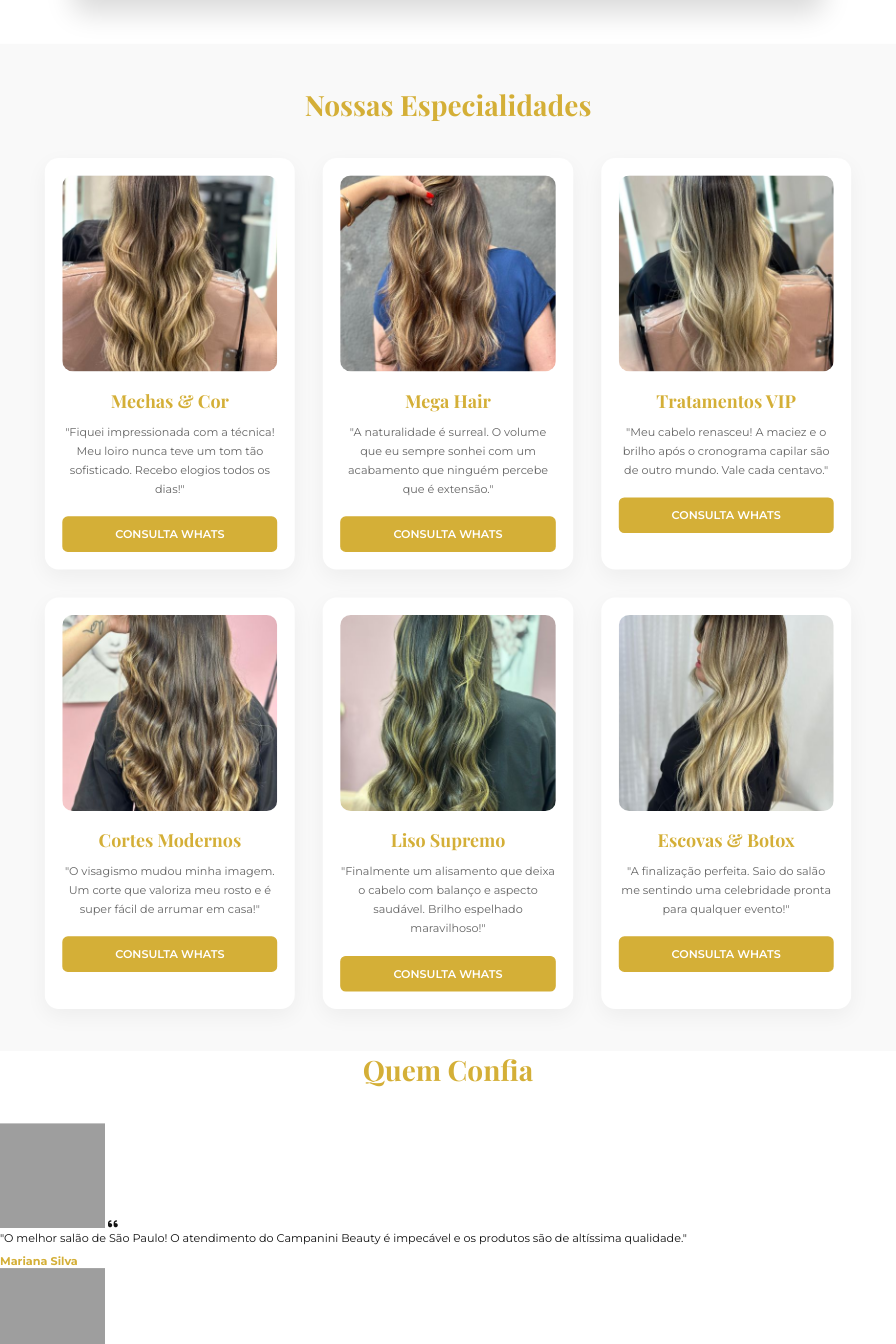
Repository: Sandro1969-tech/campanini-beauty
Page: index.html
An editor plug-in stored every save of this project. The page is shown before and after the next save, followed by the edit.
The browser window is 1280 px wide. The pictures show the part of the page from y = 862 to 2782 px (the page is 3332 px tall before and 3322 px after), at 70% of full size.
Pictures or frames that could not be fetched are drawn as grey boxes. Some web fonts or font styles are not loaded; a fallback is used.

Above is the page before, as saved 2026-02-17 12:06:24.

### index.html
<!DOCTYPE html>
<html lang="pt-br">
<head>
    <meta charset="UTF-8">
    <meta name="viewport" content="width=device-width, initial-scale=1.0">
    <title>Campanini Beauty | Transformação e Brilho</title>
    <link rel="icon" href="assets/image/favicon.png" type="image/png">

    <link href="https://fonts.googleapis.com/css2?family=Montserrat:wght@300;400;600;700&family=Playfair+Display:ital,wght@0,700;1,700&display=swap" rel="stylesheet">
    <link rel="stylesheet" href="https://cdnjs.cloudflare.com/ajax/libs/font-awesome/6.0.0/css/all.min.css">

    <style>
        :root {
            --primary: #d4af37; /* Dourado */
            --dark: #121212;
            --light: #ffffff;
            --gray-bg: #f9f9f9;
            --text-muted: #666;
            --transition: 0.4s cubic-bezier(0.4, 0, 0.2, 1);
        }

        .dark-mode {
            --light: #121212;
            --dark: #ffffff;
            --gray-bg: #1e1e1e;
            --text-muted: #aaa;
        }

        * { margin: 0; padding: 0; box-sizing: border-box; font-family: 'Montserrat', sans-serif; }
        body { background-color: var(--light); color: var(--dark); transition: background var(--transition), color var(--transition); overflow-x: hidden; }

        /* --- Header --- */
        header {
            padding: 15px 5%;
            display: flex;
            justify-content: space-between;
            align-items: center;
            position: sticky;
            top: 0;
            background: var(--light);
            z-index: 1000;
            box-shadow: 0 4px 20px rgba(0,0,0,0.08);
        }

        .logo img { height: 50px; transition: transform 0.3s; }
        .logo img:hover { transform: scale(1.05); }

        .theme-toggle {
            cursor: pointer;
            font-size: 1.4rem;
            color: var(--primary);
            background: var(--gray-bg);
            padding: 10px;
            border-radius: 50%;
            width: 45px;
            height: 45px;
            display: flex;
            align-items: center;
            justify-content: center;
        }

        /* --- Hero Section --- */
        .hero {
            text-align: center;
            padding: 40px 5%;
            max-width: 1200px;
            margin: 0 auto;
        }

        .pulsing-title {
            font-family: 'Playfair Display', serif;
            font-size: clamp(2.5rem, 8vw, 4.5rem);
            margin-bottom: 20px;
            color: var(--primary);
            animation: pulse 2.5s infinite ease-in-out;
            text-transform: uppercase;
            letter-spacing: 2px;
        }
        .main-img {
            width: 100%;
            height: auto;
            max-height: 80vh;
            object-fit: contain;
            border-radius: 15px;
            margin: 20px 0;
            box-shadow: 0 20px 40px rgba(0,0,0,0.15);
        }
        .services-container { padding: 60px 5%; background: var(--gray-bg);
         }
         .section-title { text-align: center; font-family: 'Playfair Display', serif; font-size: 2.5rem; margin-bottom: 50px; color: var(--primary); }
            .services-grid {
                display: grid;
                grid-template-columns: repeat(auto-fit, minmax(320px, 1fr));
                gap: 40px;
                max-width: 1200px;
                margin: 0 auto;

        @keyframes pulse {
            0%, 100% { transform: scale(1); text-shadow: 0 0 5px rgba(212, 175, 55, 0.2); }
            50% { transform: scale(1.03); text-shadow: 0 0 25px rgba(212, 175, 55, 0.6); }
        }

        .main-img {
            width: 100%;
            height: clamp(300px, 60vh, 600px);
            object-fit: cover;
            border-radius: 20px;
            margin: 30px 0;
            box-shadow: 0 30px 60px rgba(0,0,0,0.15);
        }

        /* --- Services Grid --- */
        .services-container { padding: 80px 5%; background: var(--gray-bg); }
        .section-title { text-align: center; font-family: 'Playfair Display', serif; font-size: 2.5rem; margin-bottom: 50px; }

        .services-grid {
            display: grid;
            grid-template-columns: repeat(auto-fit, minmax(320px, 1fr));
            gap: 40px;
            max-width: 1200px;
            margin: 0 auto;
        }

        .service-card {
            background: var(--light);
            padding: 25px;
            border-radius: 20px;
            text-align: center;
            transition: transform var(--transition), box-shadow var(--transition);
            box-shadow: 0 10px 30px rgba(0,0,0,0.05);
        }

        .service-card:hover { transform: translateY(-15px); box-shadow: 0 20px 40px rgba(0,0,0,0.12); }

        .service-card img {
            width: 100%;
            height: 280px;
            object-fit: cover;
            border-radius: 15px;
            margin-bottom: 20px;
        }

        .service-card h3 { font-family: 'Playfair Display', serif; font-size: 1.6rem; margin-bottom: 15px; color: var(--primary); }
        .service-card p { font-size: 1rem; color: var(--text-muted); line-height: 1.7; margin-bottom: 25px; min-height: 80px; }

        /* --- Buttons --- */
        .btn-ws {
            display: inline-block;
            padding: 14px 30px;
            background-color: var(--primary);
            color: white;
            text-decoration: none;
            border-radius: 8px;
            font-weight: 600;
            transition: all 0.3s;
            border: 2px solid var(--primary);
            width: 100%;
        }

        .btn-ws:hover { background-color: transparent; color: var(--primary); }

        /* --- Testimonials --- */
        .testimonials { padding: 100px 5%; max-width: 1200px; margin: 0 auto; text-align: center; }
        .testimonial-grid {
            display: grid;
            grid-template-columns: repeat(auto-fit, minmax(280px, 1fr));
            gap: 30px;
            margin-top: 50px;
        }
        .testi-card {
            padding: 40px 20px;
            border: 1px solid var(--primary);
            border-radius: 20px;
            position: relative;
        }
        .testi-img {
            width: 80px;
            height: 80px;
            border-radius: 50%;
            object-fit: cover;
            border: 3px solid var(--primary);
            margin-bottom: 15px;
        }
        .testi-card i { color: var(--primary); font-size: 1.5rem; margin-bottom: 15px; display: block; }
        .testi-card p { font-style: italic; font-size: 0.95rem; }

        /* --- Floating WhatsApp --- */
        .whatsapp-float {
            position: fixed;
            bottom: 30px;
            right: 30px;
            background-color: #25d366;
            color: #FFF;
            border-radius: 50%;
            width: 65px;
            height: 65px;
            display: flex;
            align-items: center;
            justify-content: center;
            font-size: 35px;
            z-index: 2000;
            box-shadow: 0 10px 25px rgba(37, 211, 102, 0.4);
            animation: bounce 2s infinite;
        }

        @keyframes bounce {
            0%, 20%, 50%, 80%, 100% {transform: translateY(0);}
            40% {transform: translateY(-12px);}
        }

        /* --- Footer --- */
        footer { background: #0a0a0a; color: #fff; padding: 60px 5% 30px; text-align: center; }
        .map-container {
            margin: 40px auto;
            max-width: 1000px;
            height: 350px;
            border-radius: 20px;
            overflow: hidden;
            border: 2px solid var(--primary);
        }
        .social-links { font-size: 2.5rem; margin-bottom: 30px; }
        .social-links a { color: var(--primary); transition: 0.3s; }
        .social-links a:hover { transform: scale(1.2); color: white; }

        /* Responsividade Mobile */
        @media (max-width: 600px) {
            header { padding: 10px 20px; }
            .pulsing-title { font-size: 2.2rem; }
            .hero { padding: 40px 20px; }
            .services-grid { grid-template-columns: 1fr; }
            .whatsapp-float { width: 55px; height: 55px; font-size: 30px; right: 20px; bottom: 20px; }
        }
    </style>
</head>
<body>

    <header>
        <div class="logo">
            <img src="assets/image/Logo-campanini.png" alt="Campanini Beauty">
        </div>
        <div class="theme-toggle" onclick="toggleTheme()" title="Trocar modo">
            <i class="fas fa-moon" id="theme-icon"></i>
        </div>
    </header>

    <section class="hero">
        <h1 class="pulsing-title">Campanini Beauty</h1>
        <p style="font-size: 1.2rem; font-weight: 300;">Onde a arte encontra a beleza capilar.</p>
        <img src="assets/image/principal.jpg" alt="Destaque Campanini" class="main-img">
    </section>

    <div class="services-container">
        <h2 class="section-title">Nossas Especialidades</h2>
        <div class="services-grid">
            <div class="service-card">
                <img src="assets/image/imagem1.jpg" alt="Mechas">
                <h3>Mechas & Cor</h3>
                <p>"Fiquei impressionada com a técnica! Meu loiro nunca teve um tom tão sofisticado. Recebo elogios todos os dias!"</p>
                <a href="https://wa.me/5511999999999" class="btn-ws">CONSULTA WHATS</a>
            </div>
            <div class="service-card">
                <img src="assets/image/imagem2.jpg" alt="Mega Hair">
                <h3>Mega Hair</h3>
                <p>"A naturalidade é surreal. O volume que eu sempre sonhei com um acabamento que ninguém percebe que é extensão."</p>
                <a href="https://wa.me/5511999999999" class="btn-ws">CONSULTA WHATS</a>
            </div>
            <div class="service-card">
                <img src="assets/image/imagem3.jpg" alt="Tratamentos">
                <h3>Tratamentos VIP</h3>
                <p>"Meu cabelo renasceu! A maciez e o brilho após o cronograma capilar são de outro mundo. Vale cada centavo."</p>
                <a href="https://wa.me/5511999999999" class="btn-ws">CONSULTA WHATS</a>
            </div>
            <div class="service-card">
                <img src="assets/image/imagem4.jpg" alt="Cortes">
                <h3>Cortes Modernos</h3>
                <p>"O visagismo mudou minha imagem. Um corte que valoriza meu rosto e é super fácil de arrumar em casa!"</p>
                <a href="https://wa.me/5511999999999" class="btn-ws">CONSULTA WHATS</a>
            </div>
            <div class="service-card">
                <img src="assets/image/imagem5.jpg" alt="Alisamentos">
                <h3>Liso Supremo</h3>
                <p>"Finalmente um alisamento que deixa o cabelo com balanço e aspecto saudável. Brilho espelhado maravilhoso!"</p>
                <a href="https://wa.me/5511999999999" class="btn-ws">CONSULTA WHATS</a>
            </div>
            <div class="service-card">
                <img src="assets/image/imagem6.jpg" alt="Escovas">
                <h3>Escovas & Botox</h3>
                <p>"A finalização perfeita. Saio do salão me sentindo uma celebridade pronta para qualquer evento!"</p>
                <a href="https://wa.me/5511999999999" class="btn-ws">CONSULTA WHATS</a>
            </div>
        </div>
    </div>

    <section class="testimonials">
        <h2 class="section-title">Quem Confia</h2>
        <div class="testimonial-grid">
            <div class="testi-card">
                <img src="https://i.pravatar.cc/150?u=1" alt="Cliente 1" class="testi-img">
                <i class="fas fa-quote-left"></i>
                <p>"O melhor salão de São Paulo! O atendimento do Campanini Beauty é impecável e os produtos são de altíssima qualidade."</p>
                <h4 style="margin-top:15px; color: var(--primary);">Mariana Silva</h4>
            </div>
            <div class="testi-card">
                <img src="https://i.pravatar.cc/150?u=2" alt="Cliente 2" class="testi-img">
                <i class="fas fa-quote-left"></i>
                <p>"Fiz reflexo e cortei. O resultado superou todas as minhas expectativas. Me sinto um gatão!"</p>
                <h4 style="margin-top:15px; color: var(--primary);">Julio Costa</h4>
            </div>
            <div class="testi-card">
                <img src="https://i.pravatar.cc/150?u=3" alt="Cliente 3" class="testi-img">
                <i class="fas fa-quote-left"></i>
                <p>"Ambiente luxuoso e profissionais extremamente competentes. É o meu momento favorito da semana."</p>
                <h4 style="margin-top:15px; color: var(--primary);">Fernanda Lima</h4>
            </div>
        </div>
    </section>

    <footer>
        <div class="social-links">
            <a href="https://instagram.com/campaninibeauty" target="_blank"><i class="fab fa-instagram"></i></a>
        </div>
        <p><i class="fas fa-map-marker-alt" style="color:var(--primary)"></i> Rua soldado João Oliveira, 421<br>Bairro Chácara Inglesa, São Paulo</p>

        <div class="map-container">
            <iframe src="https://www.google.com/maps/embed?pb=!1m18!1m12!1m3!1d3655.8828987317785!2d-46.6384288!3d-23.6085188!2m3!1f0!2f0!3f0!3m2!1i1024!2i768!4f13.1!3m3!1m2!1s0x94ce5a3713606f7b%3A0xc07472064166297a!2sR.%20Soldado%20Jo%C3%A3o%20de%20Oliveira%2C%20421%20-%20Ch%C3%A1cara%20Inglesa%2C%20S%C3%A3o%20Paulo%20-%20SP%2C%2004139-011!5e0!3m2!1spt-BR!2sbr!4v1700000000000" width="100%" height="100%" style="border:0;" allowfullscreen="" loading="lazy"></iframe>
        </div>
        <p style="font-size: 0.8rem; opacity: 0.6;">© 2024 Campanini Beauty. Criado com elegância.</p>
    </footer>

    <a href="https://wa.me/5511999999999" class="whatsapp-float" target="_blank">
        <i class="fab fa-whatsapp"></i>
    </a>

    <script>
        function toggleTheme() {
            const body = document.body;
            const icon = document.getElementById('theme-icon');
            body.classList.toggle('dark-mode');

            if (body.classList.contains('dark-mode')) {
                icon.classList.replace('fa-moon', 'fa-sun');
            } else {
                icon.classList.replace('fa-sun', 'fa-moon');
            }
        }
    </script>
</body>
</html>

After the next save:
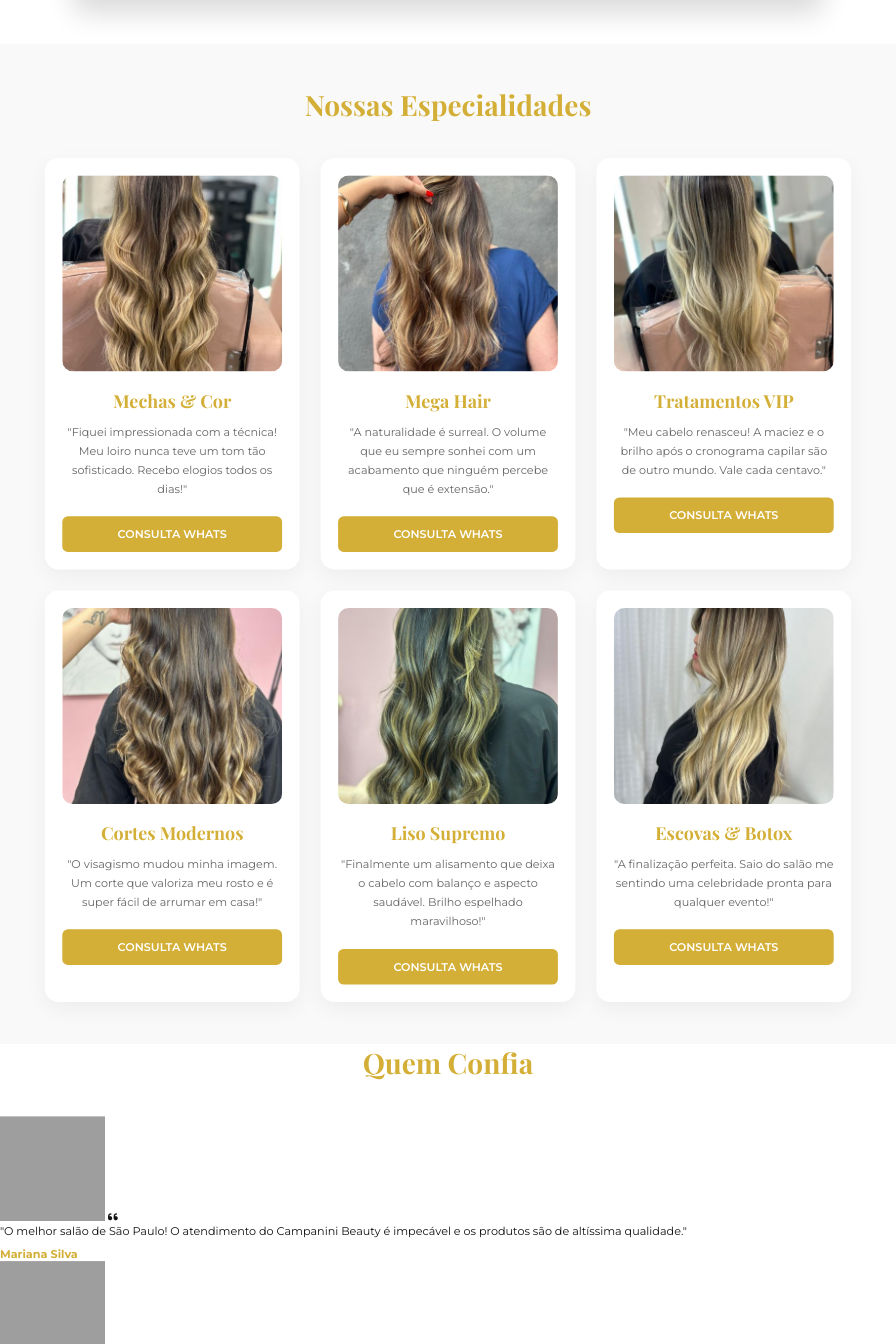
Saved 10 s later.
--- a/index.html
+++ b/index.html
@@ -91,7 +91,7 @@
             .services-grid {
                 display: grid;
                 grid-template-columns: repeat(auto-fit, minmax(320px, 1fr));
-                gap: 40px;
+                gap: 30px;
                 max-width: 1200px;
                 margin: 0 auto;
 
